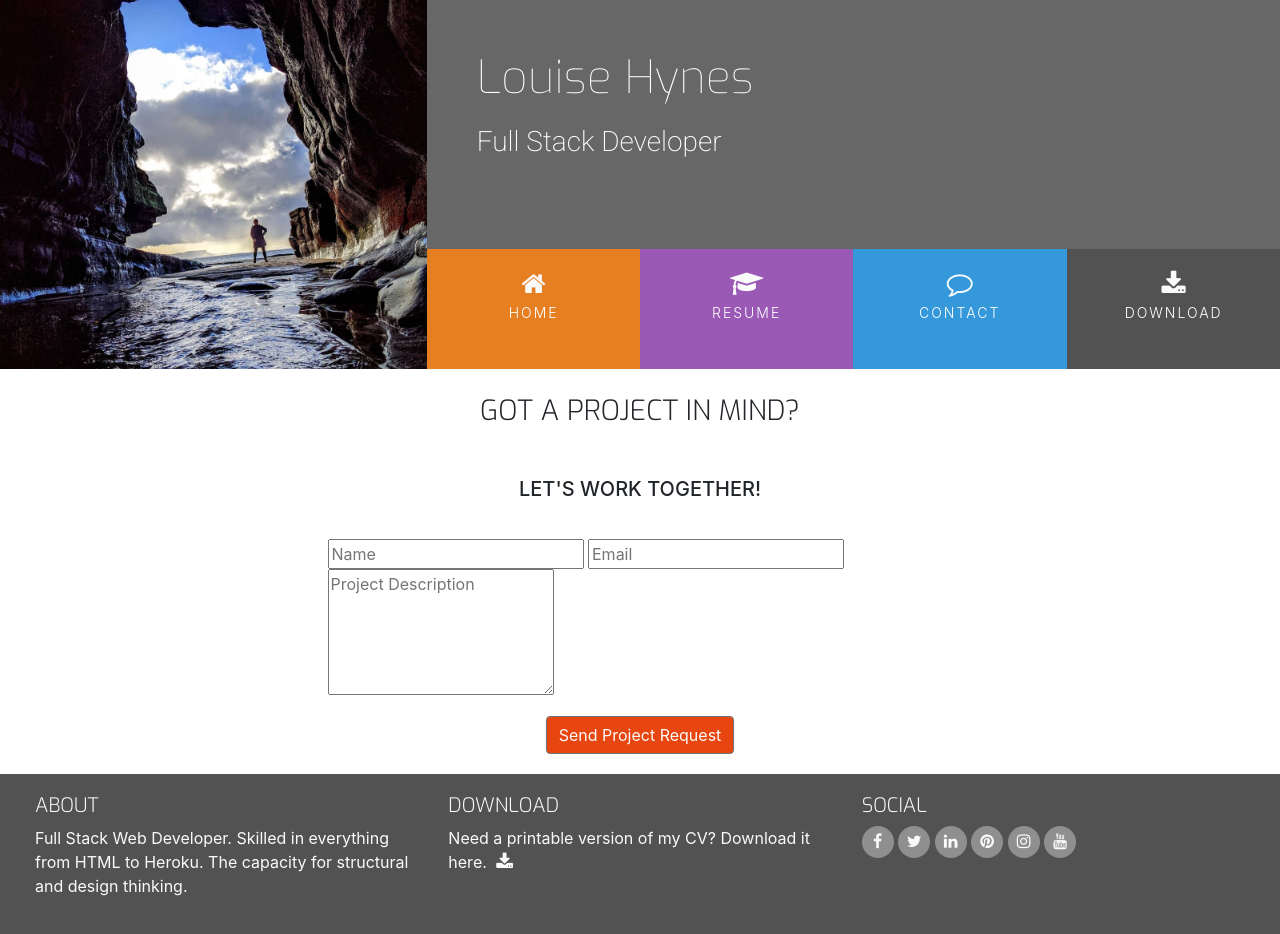
Repository: lhynes/Mini-Project-Resume
Page: contact.html
The author's editor kept a record of every edit. The page is drawn from the files as they stood at one moment, then again after the next edit.
The browser window is 1280 px wide. The pictures show the whole page.

Above is the page before.

After the next edit:
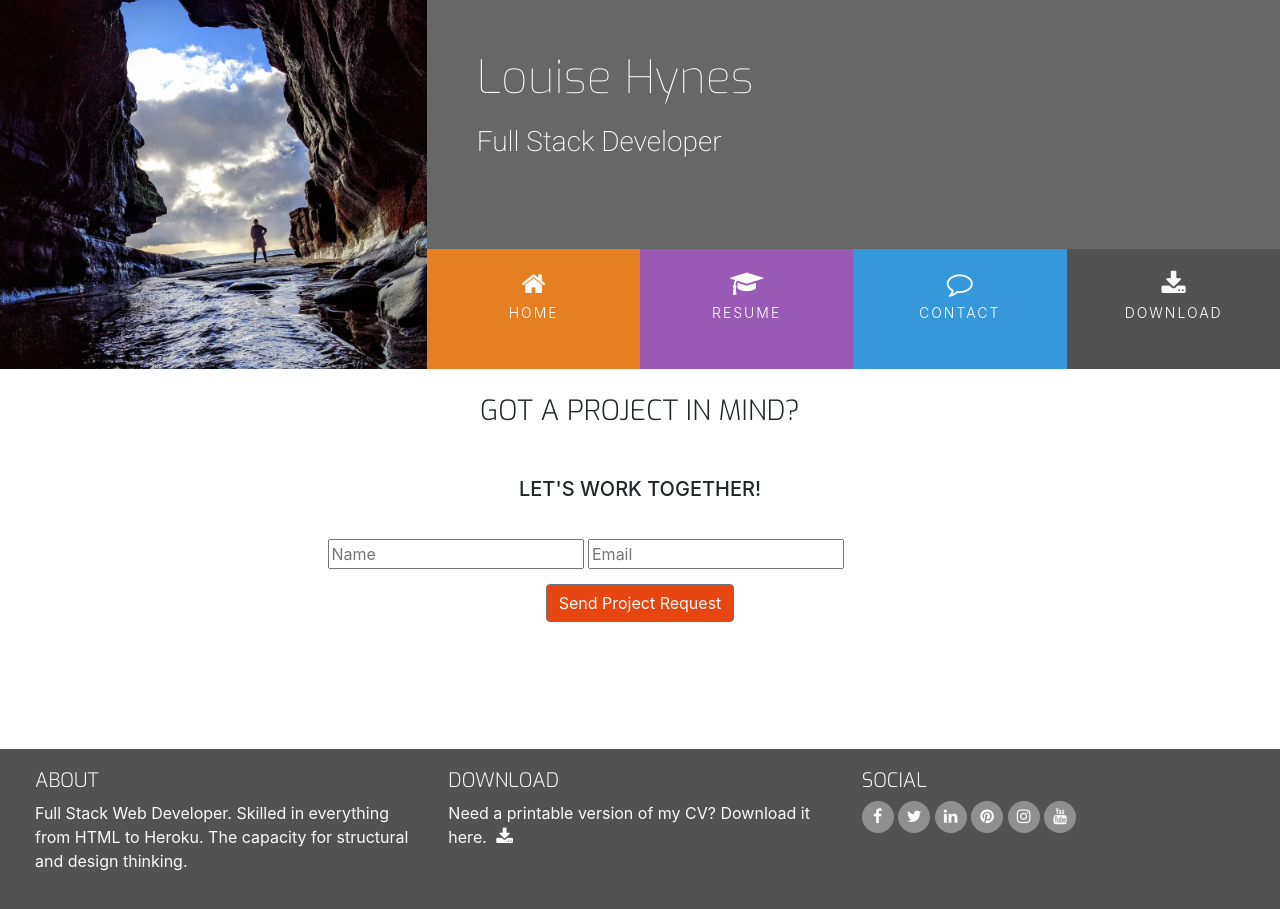
The edit:
--- a/contact.html
+++ b/contact.html
@@ -57,7 +57,7 @@
                     <form>
                         <input type="text" name="name" id="fullname" class="form-controm" placeholder="Name" required/>
                         <input type="email" name="email" id="email" class="form-controm" placeholder="Email" required/>
-                        <textarea rows="5" name="projectsummary" id="projectsummary" class="form-controm" placeholder="Project Description" required></textarea>
+                      <!--  <textarea rows="5" name="projectsummary" id="projectsummary" class="form-controm" placeholder="Project Description" required></textarea>-->
 
                         <!-- Default button <input type="submit" value="Submit"/> we want to update-->
                         <div class="form-row text-center">
